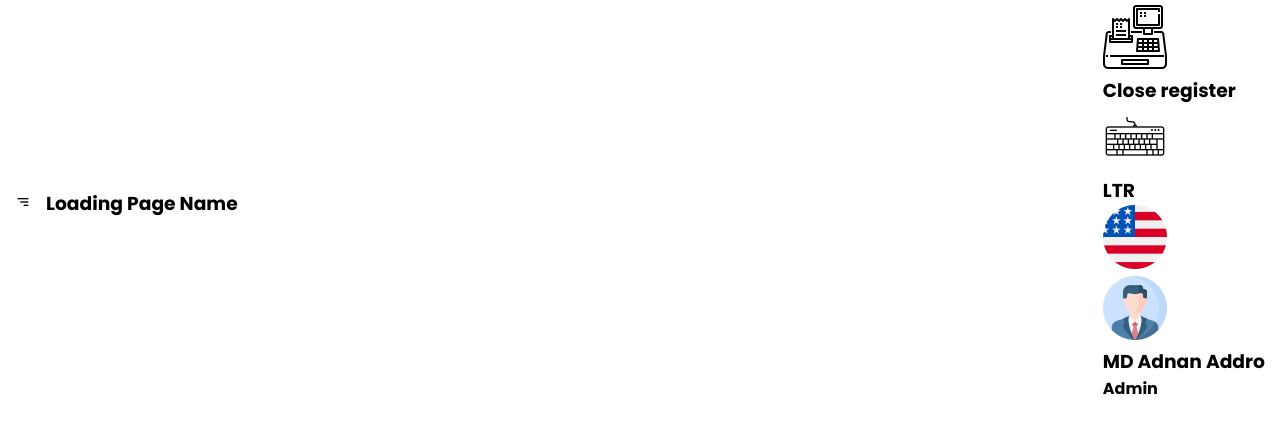
Repository: codebyaddro/pos-navbar
Page: index.html
An editor plug-in stored every save of this project. The page is shown before and after a run of saves, followed by the edit.
The browser window is 1280 px wide. The pictures show the whole page.

Above is the page before, as saved 2025-02-13 14:43:19.

After the next 2 saves:
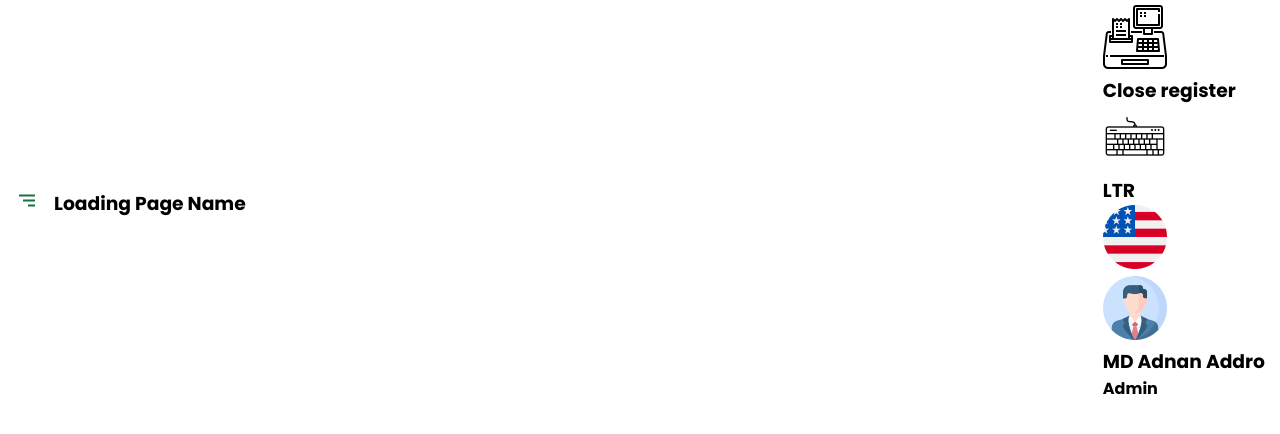
The 2 saves are shown as one change because they came seconds apart.
The last was saved 21 s later.
--- a/css/style.css
+++ b/css/style.css
@@ -54,7 +54,7 @@
 
 /* -- nav side menu toggle icon style -- */
 
-.t-icon-opeb {
+.t-icon-open {
     color: var(--main-green);
     font-size: 1.5rem;
     cursor: pointer;
